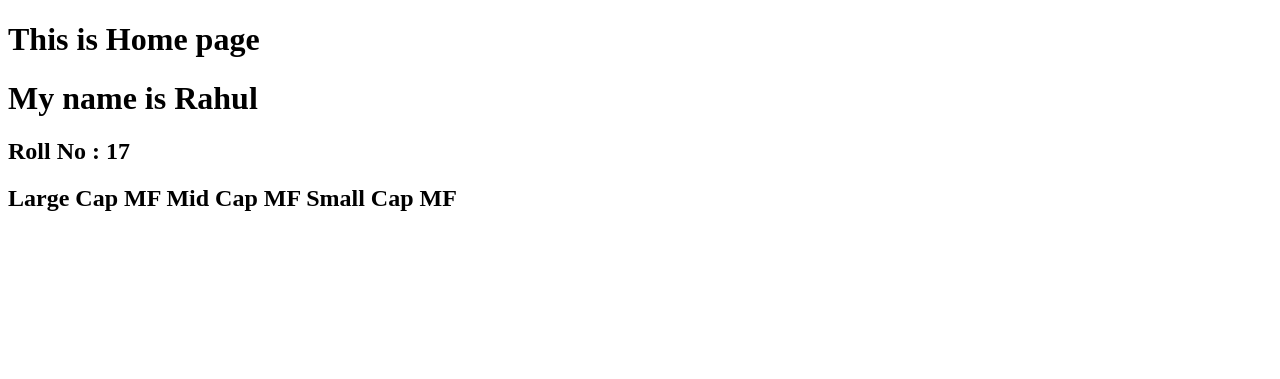
Repository: romeodmello17/springmvc
Page: http://localhost/firstmvc/home
An editor plug-in stored every save of this project. The page is shown before and after the next save, followed by the edit.
The browser window is 1280 px wide. The pictures show the whole page.
The page is served by Tomcat 9.

Above is the page before, as saved 2025-04-10 23:43:14.

After the next save:
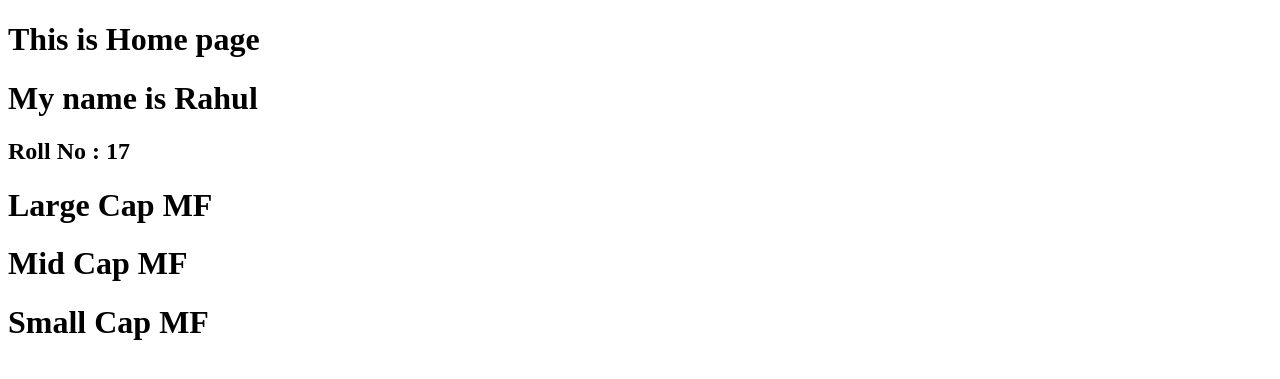
Saved 64 s later.
--- a/firstmvc/src/main/webapp/WEB-INF/views/home.jsp
+++ b/firstmvc/src/main/webapp/WEB-INF/views/home.jsp
@@ -23,15 +23,15 @@
 		Roll No :
 		<%=rollno%></h2>
 
-	<h2>
+
 		<%
 		for (String s : stocks) {
 		%>
-		<%=s%>
+		<h1><%=s%></h1>
 		<%
 		}
 		%>
-	</h2>
+
 
 </body>
 </html>
